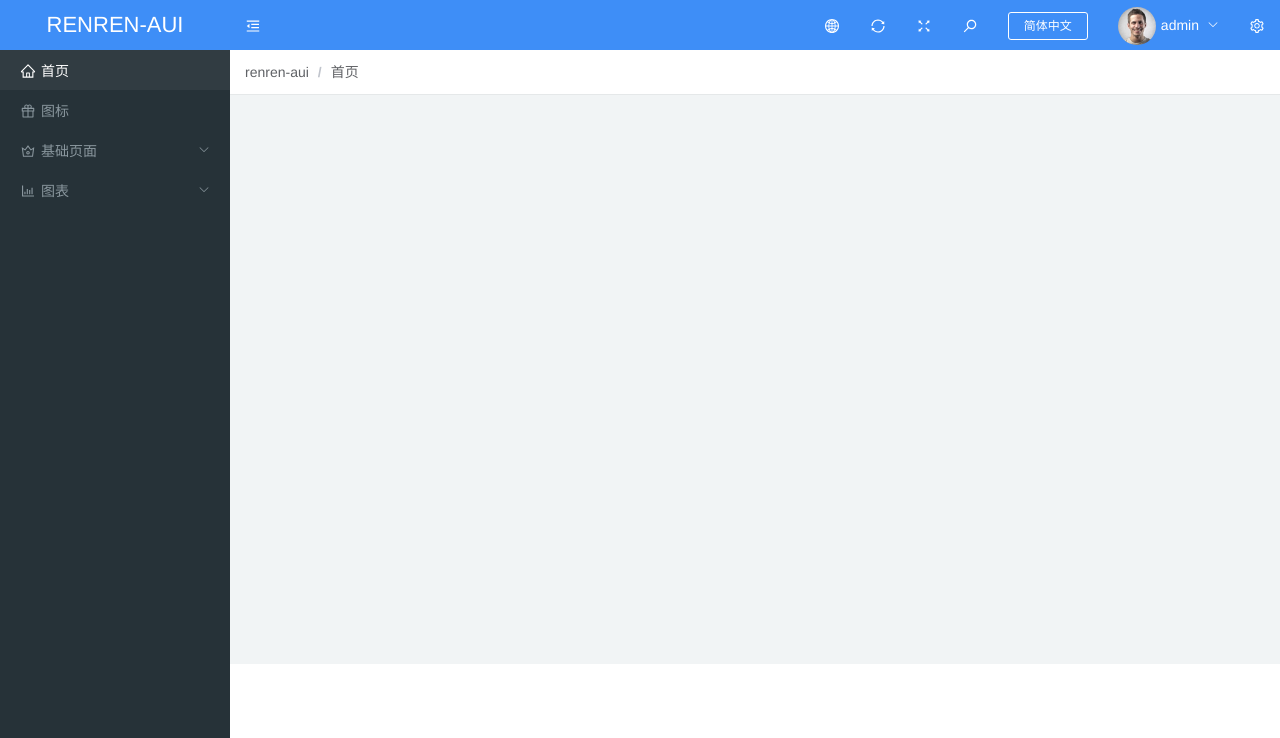
Repository: liuhao0813/aui
Page: /
These files come from the project's save history. The page is drawn as it stood at one moment and after the next save; the edit follows.
The browser window is 1280 px wide. The pictures show the whole page.
The project was rebuilt for these pictures with package versions that can differ from the ones it lists, and the page was loaded fresh each time. Also part of the build but not shown: src/assets/icons/iconfont.js.

Above is the page before, as saved 2018-12-05 21:52:24.

After the next save:
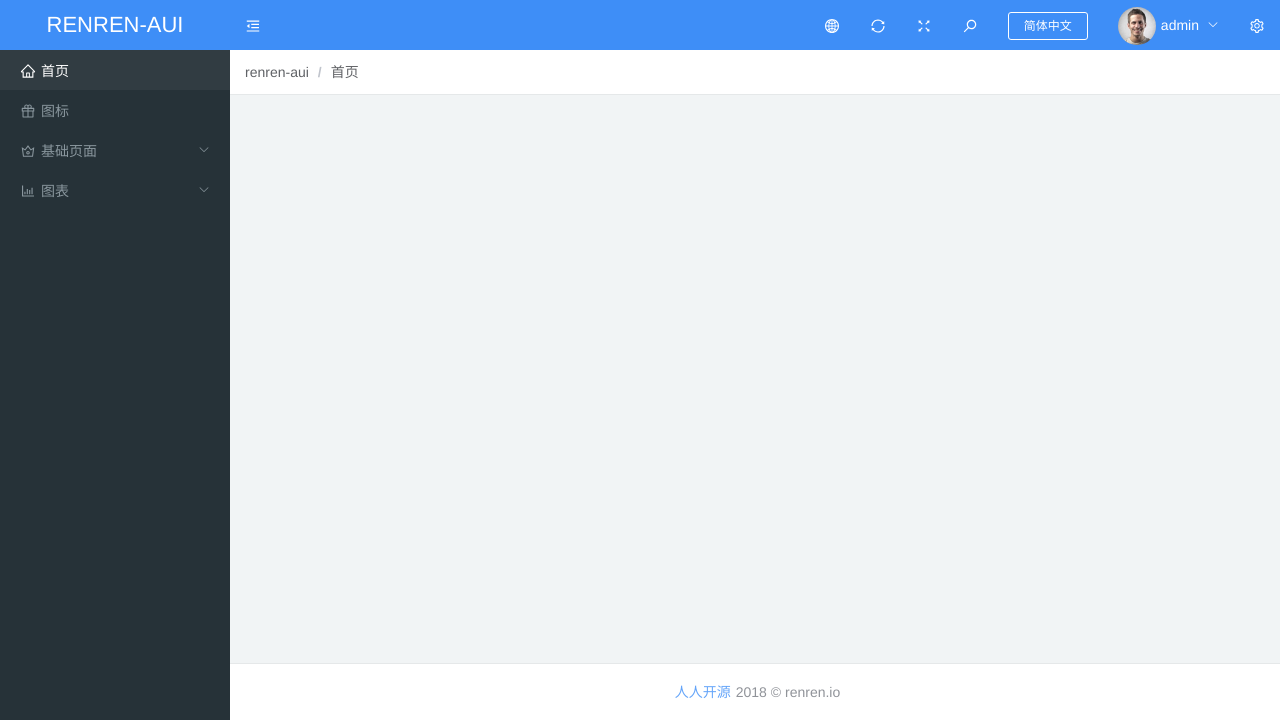
Saved 51 s later.
--- a/src/components/LayoutFooter.vue
+++ b/src/components/LayoutFooter.vue
@@ -1,9 +1,6 @@
 <template>
-    <footer class="aui-page-footer">
-        <p>
-            <a href="http://aui.demo.renren.io/" target="_blank">在线演示</a>
-        </p>
-        <p><a href="https://www.renren.io/" target="_blank">人人开源</a>2018 © renren.io</p>
+    <footer class="aui-footer">
+    <p><a href="https://www.renren.io/" target="_blank">人人开源</a>2018 © renren.io</p>
     </footer>
 </template>
 
